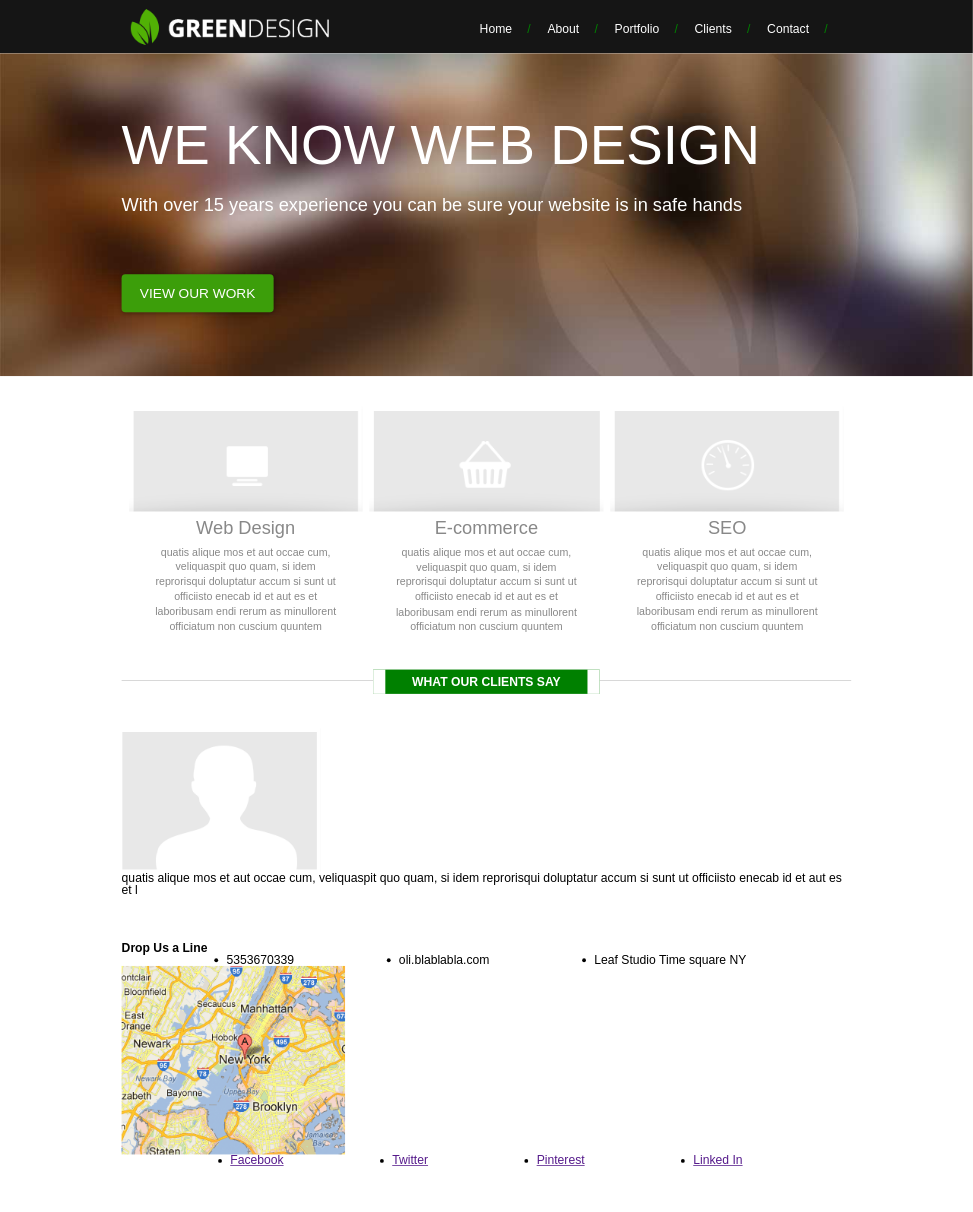
Repository: Piterwk1/psd-to-html
Page: website/index.html
These files come from the project's save history. The page is drawn as it stood at one moment and after the next save; the edit follows.
The browser window is 1280 px wide. The pictures show the whole page, at 76% of full size.

Above is the page before, as saved 2021-09-14 21:41:19.

After the next save:
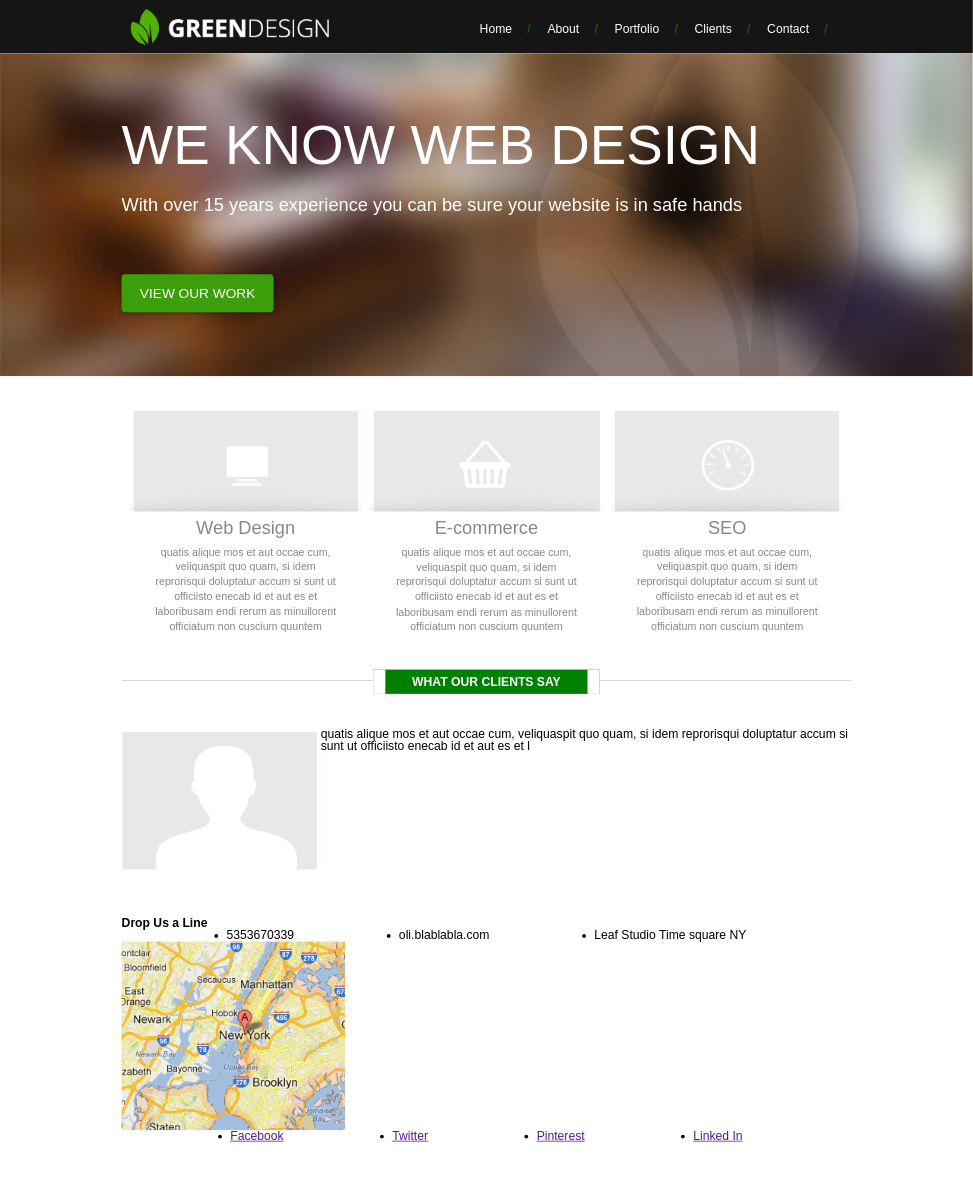
Saved 36 s later.
--- a/website/style.css
+++ b/website/style.css
@@ -340,3 +340,7 @@ margin: 0 auto;
 border-left: 16px solid #fff;
 border-right: 16px solid #fff;
 }
+
+.clients {
+    display: flex;
+}
